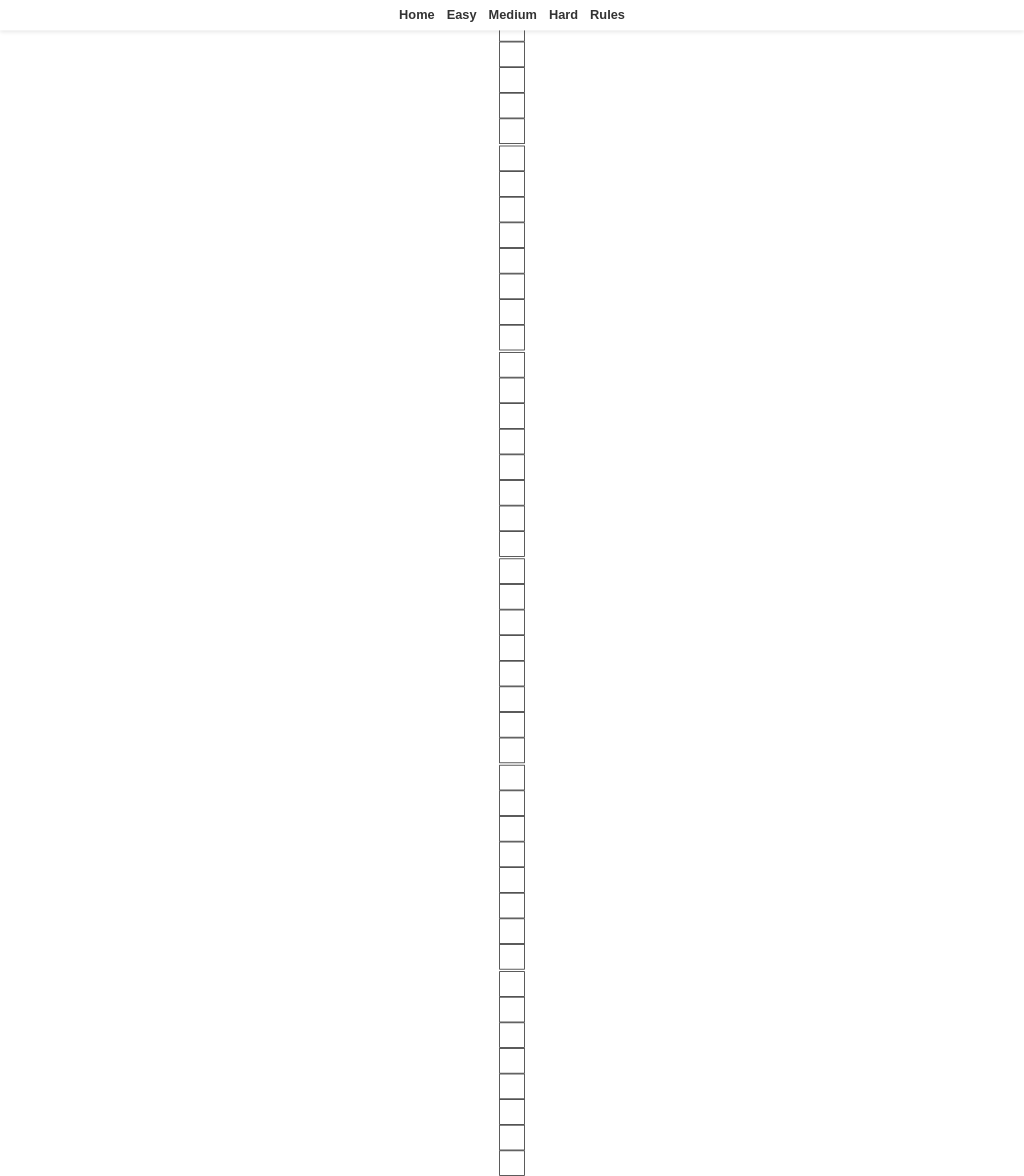
Repository: liwingy/-WingYee-_-Li-project2
Page: /game/easy (app in minesweeper/)
These files come from the project's save history. The page is drawn as it stood at one moment and after the next save; the edit follows.
The browser window is 1280 px wide. The pictures show the whole page, at 80% of full size.
The project was rebuilt for these pictures with package versions that can differ from the ones it lists, and the page was loaded fresh each time. Also part of the build but not shown: minesweeper/src/views/Homepage.js, minesweeper/src/views/Rules.js.

Above is the page before, as saved 2024-11-11 14:30:04.

### minesweeper/src/App.js
import './styles.css';
import { BrowserRouter as Router, Routes, Route, Link } from 'react-router-dom';
import Homepage from './views/Homepage';
import Game from './views/Game';
import Rules from './views/Rules';

function App() {
  return (
    <Router>
      <nav>
        <Link to="/">Home</Link>
        <Link to="/game/easy">Easy</Link>
        <Link to="/game/medium">Medium</Link>
        <Link to="/game/hard">Hard</Link>
        <Link to="/rules">Rules</Link>
      </nav>
      <Routes>
        <Route path="/" element={<Homepage />} />
        <Route path="/game/:difficulty" element={<Game />} />
        <Route path="/rules" element={<Rules />} />
      </Routes>
    </Router>
  );
}

export default App;

### minesweeper/src/styles.css
/* General Styles */
body, html {
  display: flex;
  justify-content: center;
  align-items: center;
  height: 100vh;
  margin: 0;
  font-family: Arial, sans-serif;
  text-align: center;
}

/* Main Container */
.main-container {
  display: flex;
  flex-direction: column;
  align-items: center;
  width: 100%;
  max-width: 600px;
  margin-top: 60px; /* Add top margin to avoid overlap with navbar */
}

/* Navbar Styling */
nav {
  position: fixed; /* Make the navbar fixed at the top */
  top: 0;
  left: 0;
  right: 0;
  display: flex;
  gap: 15px;
  justify-content: center;
  background-color: white; /* Background color to cover content behind */
  padding: 10px;
  box-shadow: 0 2px 5px rgba(0, 0, 0, 0.1); /* Optional shadow for visual separation */
  z-index: 1000; /* Ensure it stays above other content */
}

nav a {
  text-decoration: none;
  color: #333;
  font-weight: bold;
}

nav a:hover {
  color: #555;
}

/* Board Styling */
.board {
  display: grid;
  gap: 2px;
  justify-content: center;
  margin-top: 20px;
  /* Dynamically adjust the number of columns based on grid size */
}

/* Cell Styling */
.cell {
  width: 30px;
  height: 30px;
  border: 1px solid #333;
  display: flex;
  align-items: center;
  justify-content: center;
  font-size: 20px;
  cursor: pointer;
}

/* Revealed Cell Styling */
.cell.revealed {
  background-color: #d0d0d0;
}

/* Hover Effect for Cell */
.cell:hover {
  background-color: #e0e0e0;
}

/* Adjust the cell size for larger grids in hard mode */
.board.hard .cell {
  width: 20px;
  height: 20px;
  font-size: 16px;
}

/* Responsive adjustments for larger screens */
@media (min-width: 1024px) {
  .board.hard .cell {
    width: 25px;
    height: 25px;
    font-size: 16px;
  }
}

/* Button Styling */
button {
  margin-top: 20px;
  padding: 10px 20px;
  font-size: 16px;
  cursor: pointer;
  background-color: #333;
  color: #fff;
  border: none;
  border-radius: 5px;
}

button:hover {
  background-color: #555;
}

### minesweeper/src/views/Game.js
import React, { useState, useEffect } from 'react';
import { useParams } from 'react-router-dom';
import Cell from '../components/Cell';

function Game() {
  const { difficulty } = useParams();
  const [grid, setGrid] = useState([]);
  const [isGameOver, setIsGameOver] = useState(false);
  const [hasWon, setHasWon] = useState(false);

  // Sets up the size of the grid and the number of mines based on the selected difficulty level
  const config = {
    easy: { size: 8, mines: 10 },
    medium: { size: 16, mines: 40 },
    hard: { size: 30, mines: 99 },
  }[difficulty] || { size: 8, mines: 10 }; // Default to easy if something goes wrong

  // Reset the game every time the difficulty changes
  useEffect(() => {
    resetGame();
  }, [difficulty]);

  // Sets up a new grid and adds mines
  function initializeGrid() {
    // Create a blank grid with cells set to "not revealed" and no mines
    const emptyGrid = Array.from({ length: config.size }, () =>
      Array.from({ length: config.size }, () => ({
        isRevealed: false,
        isMine: false,
        adjacentMines: 0,
      }))
    );

    // Add mines to the grid
    placeMines(emptyGrid);
    setGrid(emptyGrid);
  }

  // Randomly add mines to cells in the grid
  function placeMines(grid) {
    let minesPlaced = 0;
    while (minesPlaced < config.mines) {
      const row = Math.floor(Math.random() * config.size);
      const col = Math.floor(Math.random() * config.size);

      // Only place a mine if there's not already one there
      if (!grid[row][col].isMine) {
        grid[row][col] = { ...grid[row][col], isMine: true };
        updateAdjacentCounts(grid, row, col); // Update nearby cells to track this new mine
        minesPlaced++;
      }
    }
  }

  // Increments the "adjacentMines" count for cells around a newly placed mine
  function updateAdjacentCounts(grid, row, col) {
    for (let r = Math.max(row - 1, 0); r <= Math.min(row + 1, config.size - 1); r++) {
      for (let c = Math.max(col - 1, 0); c <= Math.min(col + 1, config.size - 1); c++) {
        if (!grid[r][c].isMine) {
          grid[r][c].adjacentMines++;
        }
      }
    }
  }

  // Handles what happens when a player clicks a cell
  function handleClick(row, col) {
    // Do nothing if the game is already over or if the cell is already revealed
    if (isGameOver || grid[row][col].isRevealed) return;

    const newGrid = [...grid];

    // If the cell is a mine, game over!
    if (newGrid[row][col].isMine) {
      setIsGameOver(true);
      alert("Game over! You hit a bomb!");
      revealAllMines(newGrid); // Show all mines
      setGrid(newGrid);
      return;
    }

    // If it's safe, start revealing cells recursively
    revealCell(newGrid, row, col);
    setGrid(newGrid);

    // Check if all non-mine cells are revealed, meaning the player wins
    if (checkWin(newGrid)) {
      setHasWon(true);
      alert("Congratulations! You won!");
    }
  }

  // Recursive function to reveal cells with 0 adjacent mines
  function revealCell(grid, row, col) {
    if (
      row < 0 || col < 0 || row >= config.size || col >= config.size ||
      grid[row][col].isRevealed || grid[row][col].isMine
    ) {
      return; // Stop if out of bounds, already revealed, or a mine
    }

    grid[row][col].isRevealed = true;

    // If the cell has no adjacent mines, keep revealing nearby cells
    if (grid[row][col].adjacentMines === 0) {
      revealCell(grid, row - 1, col);
      revealCell(grid, row + 1, col);
      revealCell(grid, row, col - 1);
      revealCell(grid, row, col + 1);
      revealCell(grid, row - 1, col - 1);
      revealCell(grid, row - 1, col + 1);
      revealCell(grid, row + 1, col - 1);
      revealCell(grid, row + 1, col + 1);
    }
  }

  // Shows all mines when the game is over
  function revealAllMines(grid) {
    grid.forEach(row => {
      row.forEach(cell => {
        if (cell.isMine) {
          cell.isRevealed = true;
        }
      });
    });
  }

  // Checks if the player has revealed all non-mine cells
  function checkWin(grid) {
    return grid.flat().every(cell => cell.isMine || cell.isRevealed);
  }

  // Resets the game by reinitializing the grid and resetting the game state
  function resetGame() {
    setIsGameOver(false);
    setHasWon(false);
    initializeGrid();
  }

  return (
    <div className="game-container">
      <div className="header">
        <h1>Minesweeper</h1>
        <button onClick={resetGame}>Reset</button>
      </div>
      <div className="board">
        {grid.map((row, rIndex) => (
          <div key={rIndex} className="row">
            {row.map((cell, cIndex) => (
              <Cell
                key={`${rIndex}-${cIndex}`}
                isRevealed={cell.isRevealed}
                isMine={cell.isMine}
                adjacentMines={cell.adjacentMines}
                onClick={() => handleClick(rIndex, cIndex)}
              />
            ))}
          </div>
        ))}
      </div>
    </div>
  );
}

export default Game;

### minesweeper/src/components/Cell.js
import React from 'react';

function Cell({ isRevealed, isMine, adjacentMines, onClick }) {
  let content = '';
  if (isRevealed) {
    content = isMine ? '💣' : (adjacentMines > 0 ? adjacentMines : '');
  }

  return (
    <div
      className={`cell ${isRevealed ? 'revealed' : ''}`}
      onClick={onClick}
    >
      {content}
    </div>
  );
}

export default Cell;

Loaded but not shown: minesweeper/public/index.html (common file); minesweeper/src/index.js (common file)

After the next save:
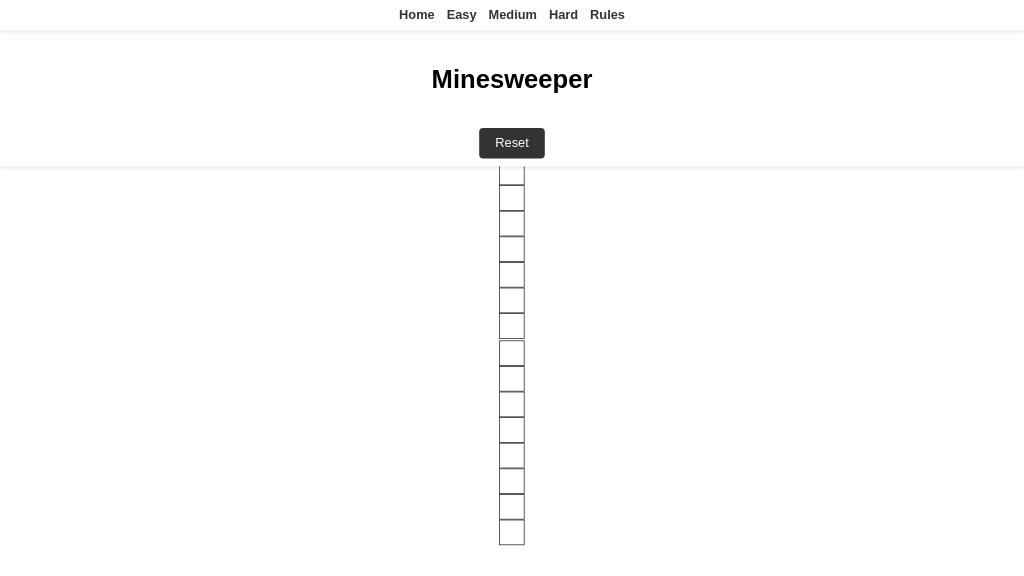
Saved 40 s later.
--- a/minesweeper/src/styles.css
+++ b/minesweeper/src/styles.css
@@ -7,6 +7,7 @@ body, html {
   margin: 0;
   font-family: Arial, sans-serif;
   text-align: center;
+  overflow: hidden; /* Prevent the entire page from scrolling */
 }
 
 /* Main Container */
@@ -21,17 +22,17 @@ body, html {
 
 /* Navbar Styling */
 nav {
-  position: fixed; /* Make the navbar fixed at the top */
+  position: fixed;
   top: 0;
   left: 0;
   right: 0;
   display: flex;
   gap: 15px;
   justify-content: center;
-  background-color: white; /* Background color to cover content behind */
+  background-color: white;
   padding: 10px;
-  box-shadow: 0 2px 5px rgba(0, 0, 0, 0.1); /* Optional shadow for visual separation */
-  z-index: 1000; /* Ensure it stays above other content */
+  box-shadow: 0 2px 5px rgba(0, 0, 0, 0.1);
+  z-index: 1000;
 }
 
 nav a {
@@ -44,13 +45,28 @@ nav a:hover {
   color: #555;
 }
 
+/* Header Styling for Game Title and Reset Button */
+.header {
+  position: fixed;
+  top: 50px; /* Space it below the navbar */
+  left: 0;
+  right: 0;
+  background-color: white;
+  padding: 10px;
+  text-align: center;
+  box-shadow: 0 2px 5px rgba(0, 0, 0, 0.1);
+  z-index: 1000;
+}
+
 /* Board Styling */
 .board {
+  margin-top: 120px; /* Make space for the navbar and header */
   display: grid;
   gap: 2px;
   justify-content: center;
-  margin-top: 20px;
-  /* Dynamically adjust the number of columns based on grid size */
+  max-height: 70vh; /* Set a max height for scrolling */
+  overflow-y: auto; /* Enable vertical scrolling */
+  padding: 10px; /* Optional padding for visual separation */
 }
 
 /* Cell Styling */
